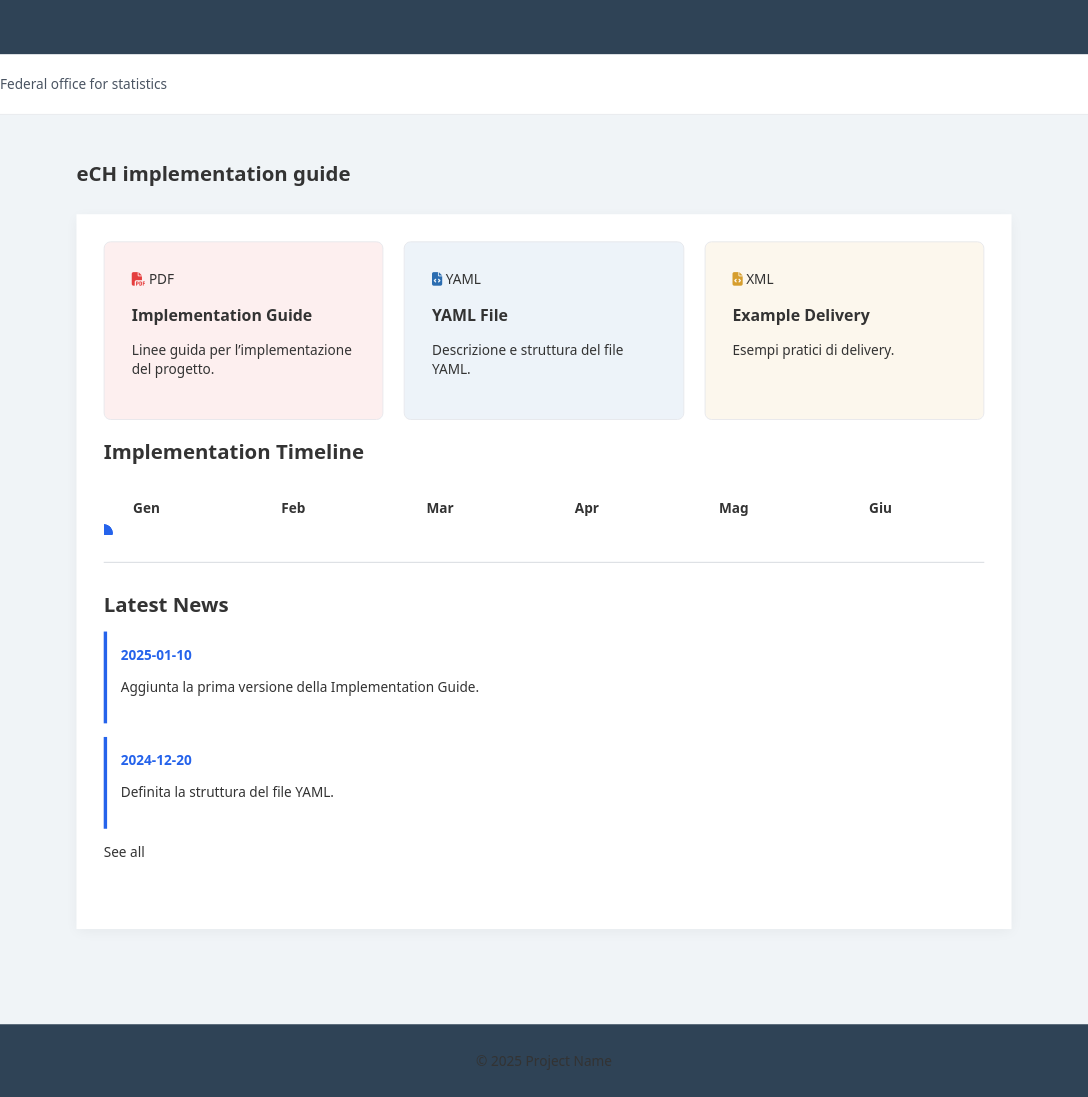
Repository: bfspoku/ech-0252-docs
Page: index.html
An editor plug-in stored every save of this project. The page is shown before and after the next save, followed by the edit.
The browser window is 1280 px wide. The pictures show the whole page, at 85% of full size.

Above is the page before, as saved 2025-12-16 17:05:57.

### index.html
<!-- LINK FOR FONTS -->
<link rel="preconnect" href="https://fonts.googleapis.com">
<link rel="preconnect" href="https://fonts.gstatic.com" crossorigin>
<link href="https://fonts.googleapis.com/css2?family=Noto+Sans:ital,wght@0,400;0,600;0,700;1,400&display=swap" rel="stylesheet">
<!-- LINK FOR SVG -->
<link rel="stylesheet" href="https://cdnjs.cloudflare.com/ajax/libs/font-awesome/6.5.0/css/all.min.css">

<!DOCTYPE html>
<html lang="it">
<head>
  <meta charset="UTF-8">
  <title>eCH implementation guide</title>
  <link rel="stylesheet" href="css/style.css">
</head>
<body>

<header>

</header>

<section class="sub-banner">
      <p>Federal office for statistics</p>
</section>


<main>
    <h2>eCH implementation guide</h2>
    <section class = "wrapper">

        <!-- CARDS -->
        <section class="cards">
            <a class="card" href="implementation-guide.html" style="background-color: #e53e3e15;">
            <i class="fas fa-file-pdf" style="color:#E53E3E;"></i> PDF
            <h3>Implementation Guide</h3>
            <p>Linee guida per l’implementazione del progetto.</p>
            </a>

            <a class="card" href="yaml-file.html" style="background-color: #2b6bb015;">
            <i class="fas fa-file-code" style="color:#2B6CB0;"></i> YAML
            <h3>YAML File</h3>
            <p>Descrizione e struttura del file YAML.</p>
            </a>

            <a class="card" href="example-delivery.html" style="background-color: #D69E2E15;">
            <i class="fas fa-file-code" style="color:#D69E2E;"></i> XML
            <h3>Example Delivery</h3>
            <p>Esempi pratici di delivery.</p>
            </a>
        </section>

        <!-- INFORMATION -->
        <section class="information">

            <h2> Implementation Timeline<h2>

                <div class="timeline-container">
                    <div class="timeline">
                      <!-- Mesi -->
                      <div class="months">
                        <div class="month">Gen</div>
                        <div class="month">Feb</div>
                        <div class="month">Mar</div>
                        <div class="month">Apr</div>
                        <div class="month">Mag</div>
                        <div class="month">Giu</div>
                        <div class="month">Lug</div>
                        <div class="month">Ago</div>
                        <div class="month">Set</div>
                        <div class="month">Ott</div>
                        <div class="month">Nov</div>
                        <div class="month">Dic</div>
                      </div>

                      <!-- Eventi -->
                      <div class="events">
                        <!-- usa data-date nel formato YYYY-MM-DD -->
                        <div class="event" data-date="2026-01-15" data-text="Evento Gennaio"></div>
                        <div class="event" data-date="2026-03-10" data-text="Evento Marzo"></div>
                        <div class="event" data-date="2026-06-25" data-text="Evento Giugno"></div>
                        <div class="event" data-date="2026-09-05" data-text="Evento Settembre"></div>
                        <div class="event" data-date="2026-12-20" data-text="Evento Dicembre"></div>
                      </div>
                    </div>
                  </div>

                  <!-- Popup -->
                  <div class="popup" id="popup"></div>

                  <script src="js/script.js"></script>



            <div class="divider"></div>

            <h2>Latest News</h2>

            <ul class="updates">
            <li>
                <span class="date">2025-01-10</span>
                <p>Aggiunta la prima versione della Implementation Guide.</p>
            </li>
            <li>
                <span class="date">2024-12-20</span>
                <p>Definita la struttura del file YAML.</p>
            </li>
            </ul>
            <p>See all</p>
        </section>

    </section>

</main>

<footer>
  <p>© 2025 Project Name</p>
</footer>

</body>
</html>

### css/style.css
body {
    font-family: 'Noto Sans', system-ui, -apple-system, BlinkMacSystemFont,
    'Segoe UI', Roboto, Ubuntu, Cantarell, 'Helvetica Neue',
    Arial, sans-serif;
    margin: 0;
    background: #f0f4f7;
    color: #333;
  }

  header {
    background: #2f4356;
    color: white;
    padding: 2rem;
  }

  /* SUB-BANNER */
  .sub-banner {
    background-color: white;   /* bianco puro */
    padding: 1.5rem 0;         /* verticale */
    border-bottom: 1px solid #e5e7eb; /* linea di separazione */
  }

  .sub-banner h2 {
    margin: 0 0 0.5rem 0;
    font-weight: 600;
    color: #111827;
  }

  .sub-banner p {
    margin: 0;
    color: #4b5563;
    font-size: 16px;
  }

  main {
    padding: 2rem;
    max-width: 1100px;
    margin: auto;
  }

  h1, h2 {
    margin-bottom: 1rem;
  }

  .divider {
    width: 100%;             /* prende tutta la larghezza della wrapper o del container */
    height: 1px;             /* spessore della linea */
    background: #d1d5db;
    margin: 2rem 0;          /* spazio sopra e sotto */
    border: none;
  }

  /* Main wrapper for all the pages */
  .wrapper {
    max-width: 1100px;      /* larghezza massima */
    margin: 2rem auto;      /* centrato orizzontalmente, margine verticale */
    padding: 2rem;          /* spazio interno */
    background-color: #ffffff;  /* bianco-beige chiaro */
    box-shadow: 0 4px 15px rgba(0,0,0,0.05); /* leggero effetto profondità */
  }

  /* INFORMATION */
  .information {
    margin-bottom: 3rem;
  }

  .updates {
    list-style: none;
    padding: 0;
  }

  .updates li {
    background: white;
    padding: 1rem;
    border-left: 4px solid #2563eb;
    margin-bottom: 1rem;
  }

  .date {
    font-weight: bold;
    color: #2563eb;
  }

  /* CARDS */
  .cards {
    display: grid;
    grid-template-columns: repeat(auto-fit, minmax(250px, 1fr));
    gap: 1.5rem;
  }

  .card {
    background: #e4e5e7;
    padding: 2rem;
    text-decoration: none;
    color: inherit;
    border: 1px solid #e5e7eb;
    border-radius: 8px;
    transition: transform 0.2s, box-shadow 0.2s;
  }

  .card:hover {
    transform: translateY(-5px);
    box-shadow: 0 10px 20px rgba(0,0,0,0.1);
  }

  footer {
    text-align: center;
    padding: 1rem;
    background: #2f4356;
    margin-top: 3rem;
  }

  /* TIMELINE */
  .timeline-container {
    position: relative;
    overflow-x: auto;
    white-space: nowrap;
    padding: 20px 0;
  }

  .timeline {
    position: relative;
    width: 2000px; /* grande abbastanza per mostrare 12 mesi orizzontali */
    margin: auto;
  }

  .months {
    display: flex;
    justify-content: space-between;
    position: relative;
    z-index: 1;
  }

  .month {
    text-align: center;
    position: relative;
    width: 100px;
    color: #333;
    font-size: 16px;
  }

  .events {
    position: absolute;
    top: 30px;
    width: 100%;
    height: 0;
  }

  .event {
    position: absolute;
    width: 20px;
    height: 20px;
    background-color: #2563eb;
    border-radius: 50%;
    cursor: pointer;
    transform: translateX(-50%);
  }

  .event:hover {
    background-color: #1d4ed8;
  }

  /* POPUP */
  .popup {
    position: absolute;
    padding: 8px 12px;
    background-color: rgb(171, 190, 209);
    border: 1px solid #ccc;
    border-radius: 5px;
    display: none;
    pointer-events: none;
    font-size: 14px;
    box-shadow: 0 4px 10px rgba(0,0,0,0.1);
  }

### js/script.js
const events = document.querySelectorAll('.event');
const popup = document.getElementById('popup');

events.forEach(event => {
  event.addEventListener('mouseenter', e => {
    popup.textContent = event.getAttribute('data-text');
    popup.style.display = 'block';
    const rect = event.getBoundingClientRect();
    popup.style.top = rect.top - 40 + window.scrollY + 'px';
    popup.style.left = rect.left + rect.width/2 + window.scrollX + 'px';
  });

  event.addEventListener('mouseleave', () => {
    popup.style.display = 'none';
  });
});

After the next save:
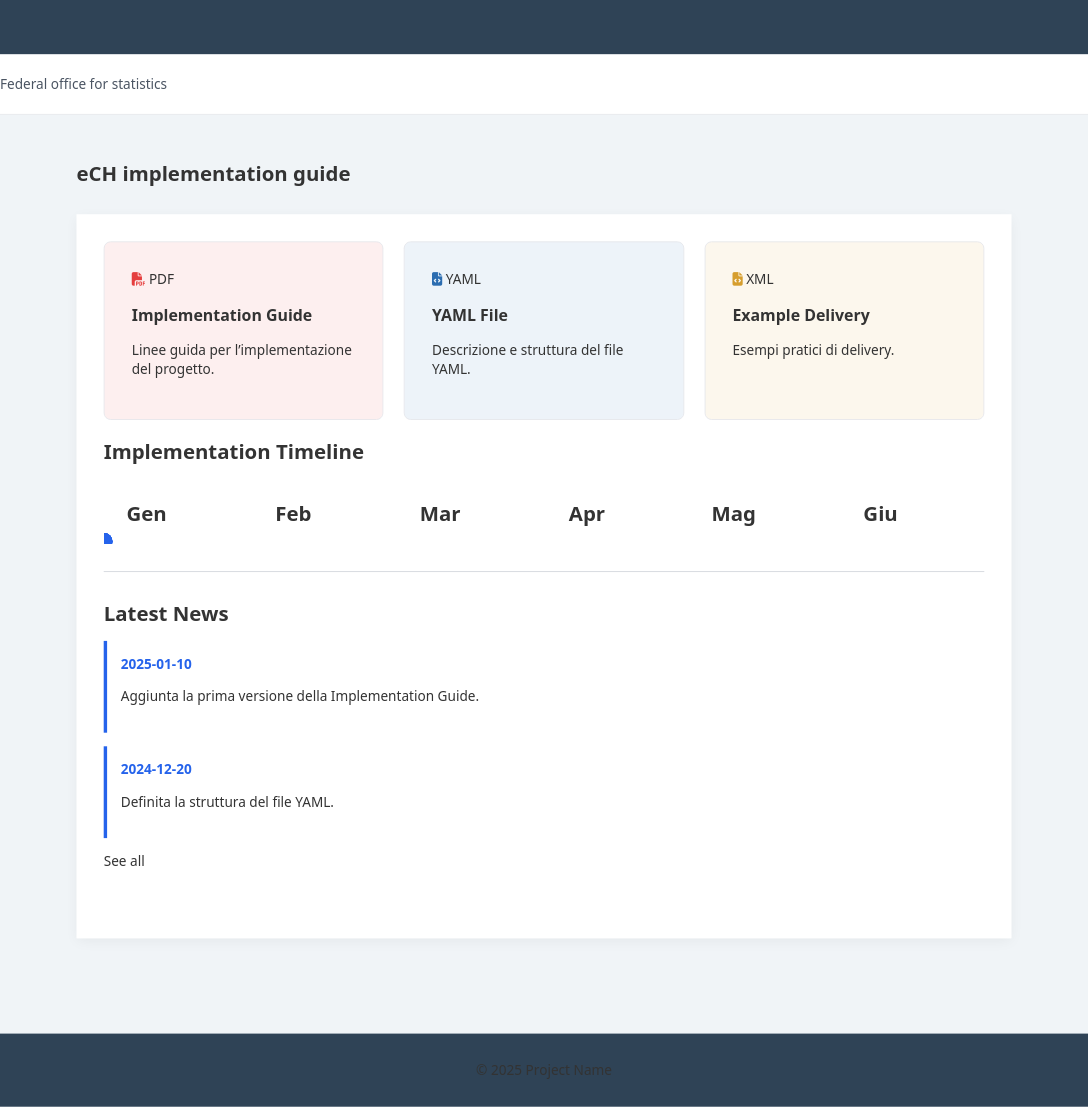
Saved 32 s later.
--- a/css/style.css
+++ b/css/style.css
@@ -120,8 +120,19 @@
 
   .timeline {
     position: relative;
-    width: 2000px; /* grande abbastanza per mostrare 12 mesi orizzontali */
+    width: 2000px; /* adattabile a viewport larga */
     margin: auto;
+  }
+
+  .timeline-line {
+    position: absolute;
+    top: 40px;
+    left: 0;
+    width: 100%;
+    height: 4px;
+    background-color: #ccc;
+    border-radius: 2px;
+    z-index: 0;
   }
 
   .months {
@@ -135,18 +146,11 @@
     text-align: center;
     position: relative;
     width: 100px;
+    font-weight: bold;
     color: #333;
-    font-size: 16px;
   }
 
-  .events {
-    position: absolute;
-    top: 30px;
-    width: 100%;
-    height: 0;
-  }
-
-  .event {
+  .events .event {
     position: absolute;
     width: 20px;
     height: 20px;
@@ -154,17 +158,18 @@
     border-radius: 50%;
     cursor: pointer;
     transform: translateX(-50%);
+    top: 40px;
+    z-index: 1;
   }
 
-  .event:hover {
+  .events .event:hover {
     background-color: #1d4ed8;
   }
 
-  /* POPUP */
   .popup {
     position: absolute;
     padding: 8px 12px;
-    background-color: rgb(171, 190, 209);
+    background: white;
     border: 1px solid #ccc;
     border-radius: 5px;
     display: none;
